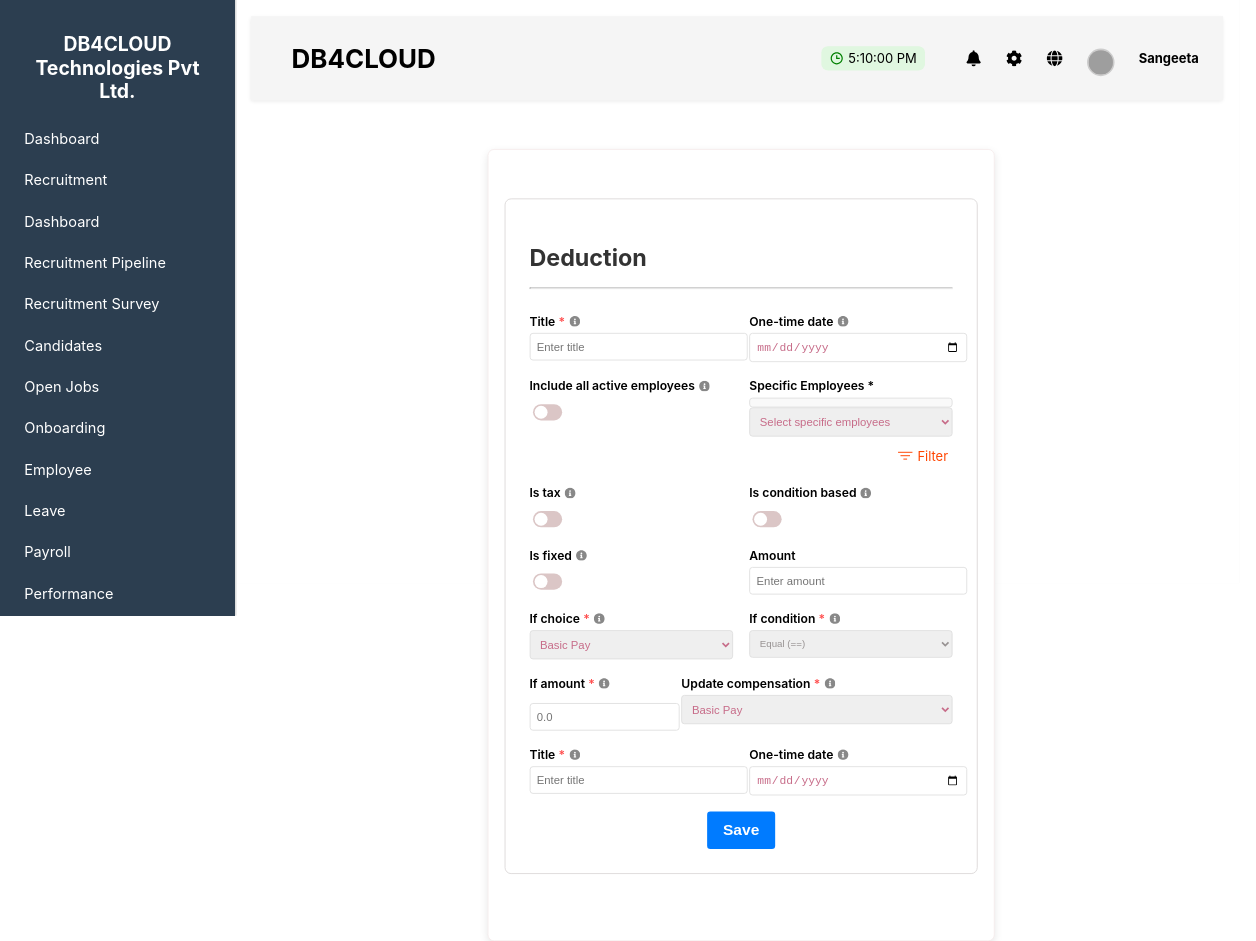
Repository: tinu-ns/Dev-code
Page: /deductions/create (app in HRMS-DEMO-Sang/hrms/)
An editor plug-in stored every save of this project. The page is shown before and after the next save, followed by the edit.
The browser window is 1280 px wide. The page is 1550 px wide, so the pictures cover 1550 px, including what lies to the right of the window. The pictures show the whole page, at 81% of full size.
Pictures or frames that could not be fetched are drawn as grey boxes. The project was rebuilt for these pictures with package versions that can differ from the ones it lists, and the page was loaded fresh each time. Also part of the build but not shown: HRMS-DEMO-Sang/hrms/src/components/Dashboard.js, HRMS-DEMO-Sang/hrms/src/components/Recruitment/RecruitmentDashboard.js, HRMS-DEMO-Sang/hrms/src/components/Recruitment/RecruitmentPipeline.js, HRMS-DEMO-Sang/hrms/src/components/Payroll/Allowances.js, HRMS-DEMO-Sang/hrms/src/components/Payroll/Contract.js, HRMS-DEMO-Sang/hrms/src/components/Payroll/Deductions.js, HRMS-DEMO-Sang/hrms/src/components/Payroll/Payslips.js, HRMS-DEMO-Sang/hrms/src/components/Payroll/PayrollDashboard.js and 5 more.

Above is the page before, as saved 2024-11-11 16:25:46.

After the next save:
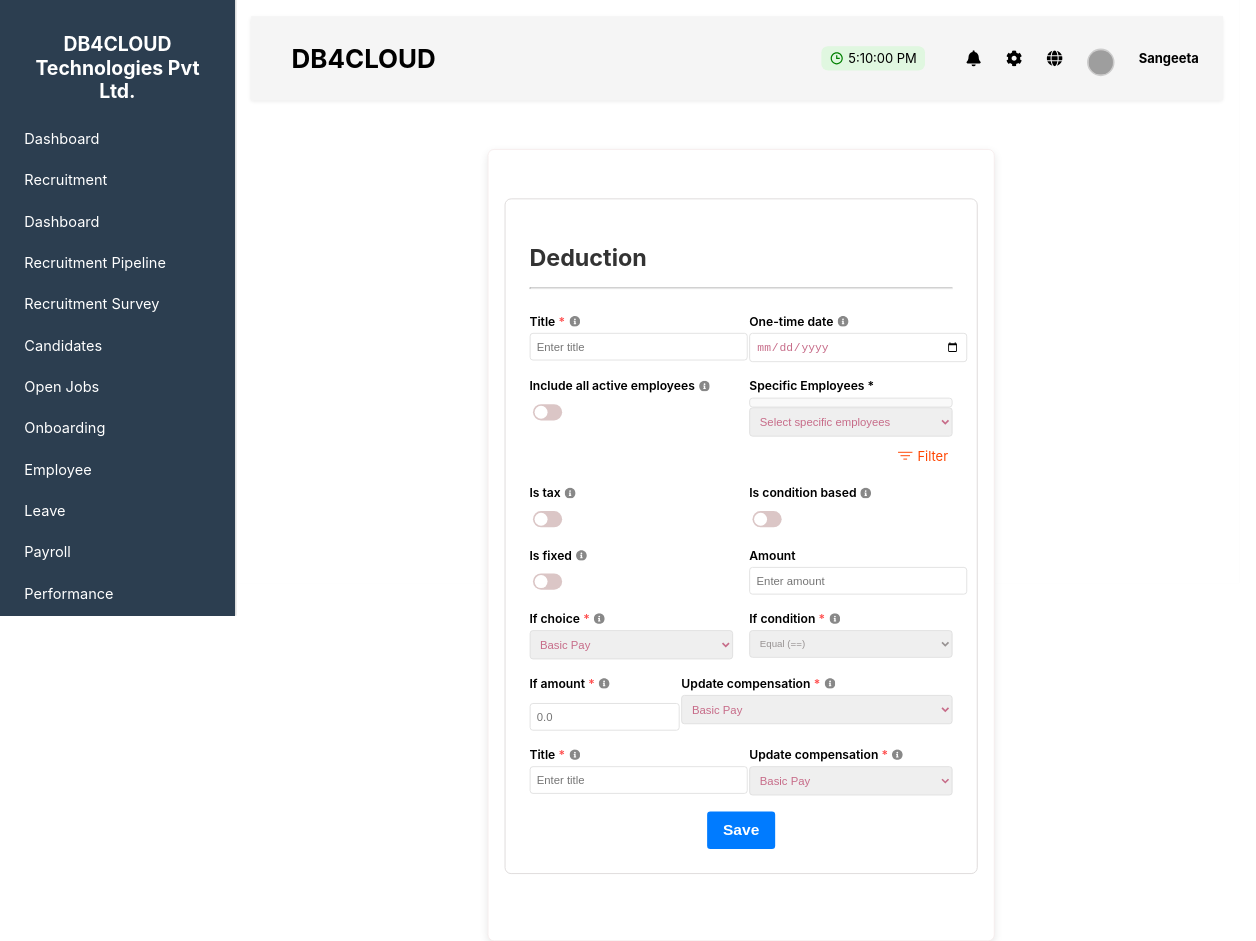
Saved 41 s later.
--- a/HRMS-DEMO-Sang/hrms/src/components/Payroll/CreateDeduction.js
+++ b/HRMS-DEMO-Sang/hrms/src/components/Payroll/CreateDeduction.js
@@ -356,14 +356,18 @@ const CreateDeduction = () => {
               <input type="text" placeholder="Enter title" required />
             </div>
             <div className="form-group">
-              <label>
-                One-time date
-                <FaInfoCircle
-                  className="info-icon"
-                  title="The one-time deduction in which the deduction will apply to payslips if the date is within the payslip period"
-                />
-              </label>
-              <input type="date" />
+            <label>
+                Update compensation <span>*</span>
+                <FaInfoCircle
+                  className="info-icon"
+                  title="Update compensation is used to update pay-head before any other deduction calculation starts"
+                />
+              </label>
+              <select required>
+                <option>Basic Pay</option>
+                <option>Gross Pay</option>
+                <option>Net Pay</option>
+              </select>
             </div>
           </div>
 
